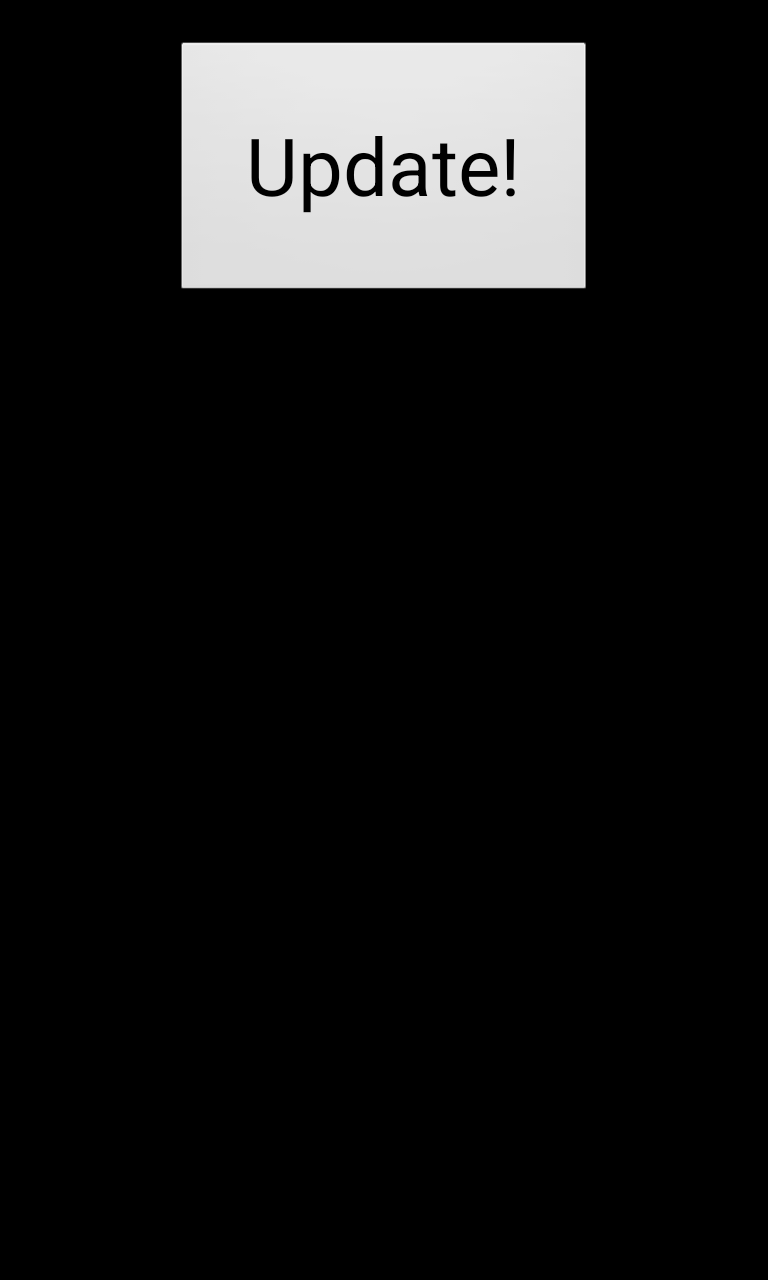
Repository: hgrateam/HangaramAPP_OLD-v2.0.6
Layout: HangaramAPP/res/layout/dbupdate.xml
The author's editor kept a copy of each file at every save. The layout is drawn from the files as they stood at one save, then again after the next save.
It is drawn on a 768 x 1280 px phone screen (xhdpi) without system bars, with theme android:Theme.Black.NoTitleBar; the app's code is not run.

Above is the layout before, as saved 2012-07-14 09:34:43.

### HangaramAPP/res/layout/dbupdate.xml
<?xml version="1.0" encoding="utf-8"?>
<LinearLayout xmlns:android="http://schemas.android.com/apk/res/android"
    android:layout_width="fill_parent"
    android:layout_height="fill_parent"
    android:orientation="vertical" >

    <Button
        android:id="@+id/updatebot"
        android:layout_width="210dp"
        android:layout_height="130dp"
        android:layout_marginTop="20dp"
        android:layout_gravity="center|top"
        android:gravity="center"
        android:text="Update!"
        android:textSize="40dp"/>

</LinearLayout>

After the next save:
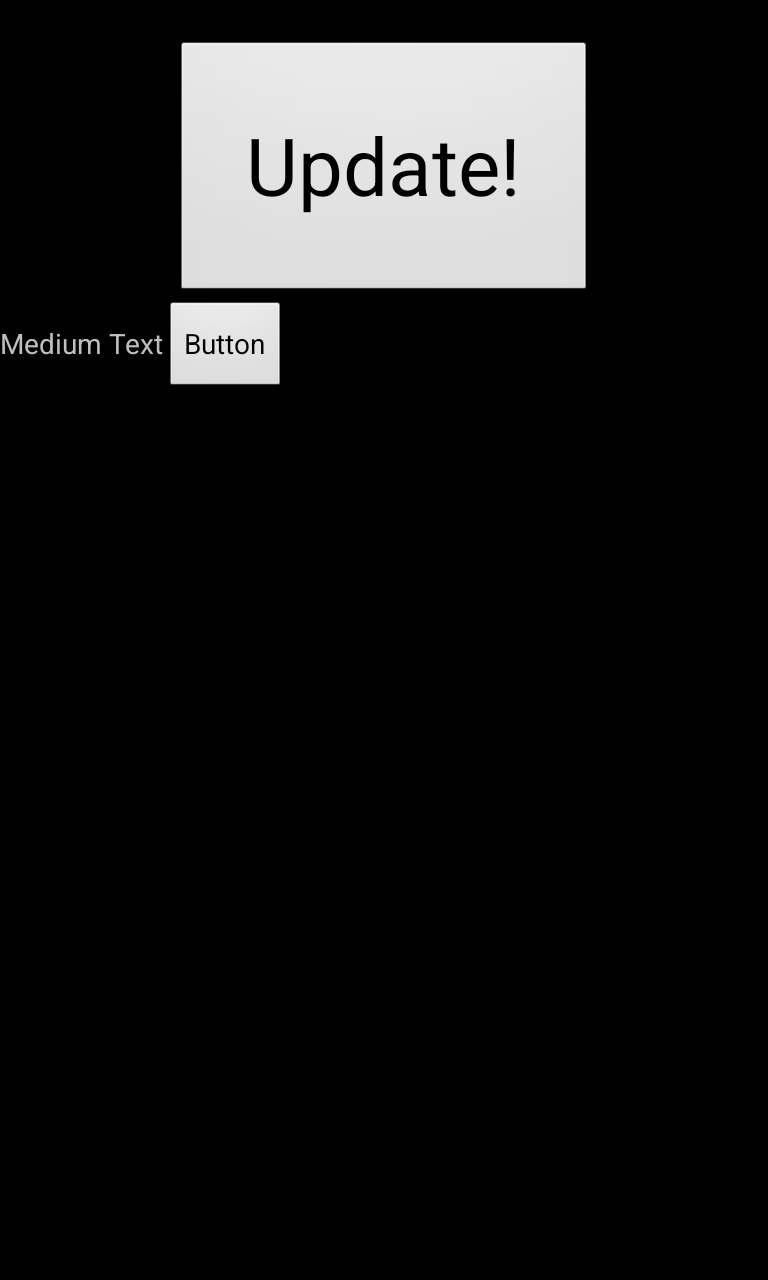
Saved 2 min 18 s later.
--- a/HangaramAPP/res/layout/dbupdate.xml
+++ b/HangaramAPP/res/layout/dbupdate.xml
@@ -14,4 +14,22 @@
         android:text="Update!"
         android:textSize="40dp"/>
 
+    <LinearLayout
+        android:layout_width="fill_parent"
+        android:layout_height="wrap_content" >
+
+        <TextView
+            android:id="@+id/textView1"
+            android:layout_width="wrap_content"
+            android:layout_height="wrap_content"
+            android:text="Medium Text" />
+
+        <Button
+            android:id="@+id/button1"
+            android:layout_width="wrap_content"
+            android:layout_height="wrap_content"
+            android:text="Button" />
+
+    </LinearLayout>
+
 </LinearLayout>
